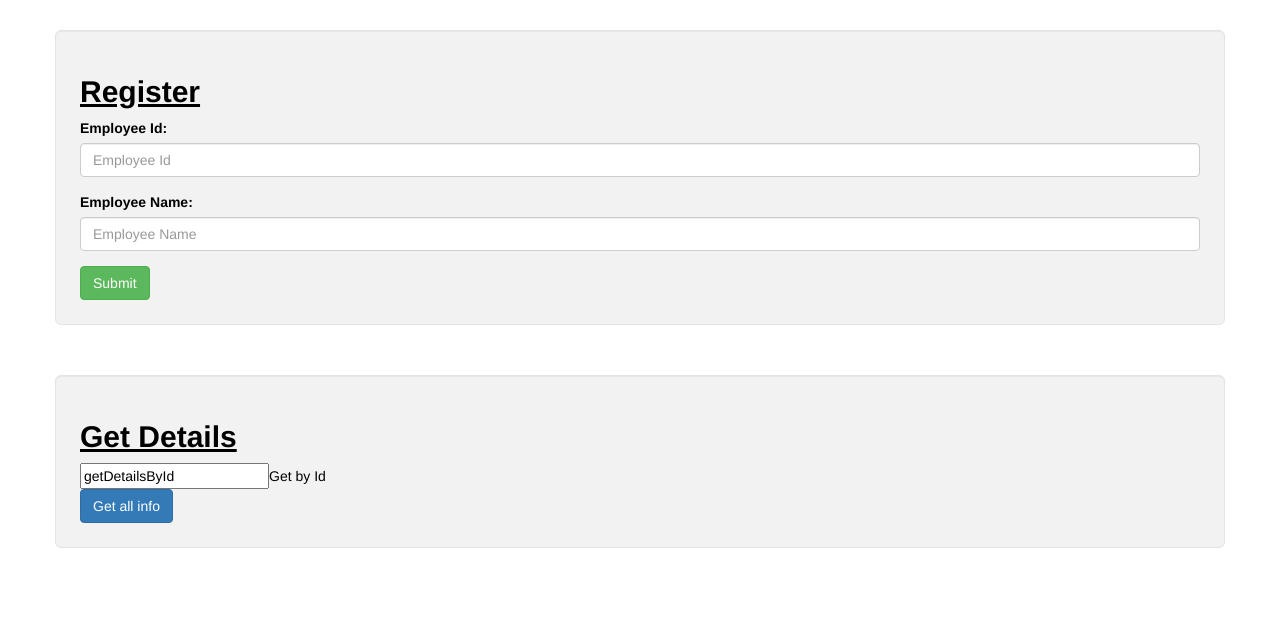
Repository: royakash07/FirstWebApplication
Page: http://localhost/SampleWebApplication/EmployeeProtal.jsp
The author's editor kept a copy of each file at every save. The page is drawn from the files as they stood at one save, then again after the next save.
The browser window is 1280 px wide. The pictures show the whole page.
Some web libraries are served in a nearby version. The page is served by Tomcat 9. Nobody is signed in. The application's start-up code is not run. Other server files are loaded and not shown.

Above is the page before, as saved 2017-11-30 05:16:08.

### SampleWebApplication/WebContent/EmployeeProtal.jsp
<%@ page language="java" contentType="text/html; charset=ISO-8859-1"
    pageEncoding="ISO-8859-1"%>
<!DOCTYPE html PUBLIC "-//W3C//DTD HTML 4.01 Transitional//EN" "http://www.w3.org/TR/html4/loose.dtd">
<html>
<head>
<meta http-equiv="Content-Type" content="text/html; charset=ISO-8859-1">
<title>Portal</title>
  <meta charset="utf-8">
  <meta name="viewport" content="width=device-width, initial-scale=1">
  <link rel="stylesheet" href="https://maxcdn.bootstrapcdn.com/bootstrap/3.3.7/css/bootstrap.min.css">
  <script src="https://ajax.googleapis.com/ajax/libs/jquery/3.2.1/jquery.min.js"></script>
  <script src="https://maxcdn.bootstrapcdn.com/bootstrap/3.3.7/js/bootstrap.min.js"></script>
<style>
.well
{
color:black;
background-color:#F2F2F2;
}

</style>
</head>
<body>
<div style="padding: 30px">
<div class="container well well-lg" >
<h2><strong><u>Register</u></strong></h2>
<form action="Submit" method="post">
<div class="form-group">
  <label for="EmployeeId">Employee Id:</label>
  <input type="text" class="form-control" name="EmployeeId" placeholder="Employee Id" >
  </div>
  <div class="form-group">
  <label for="Name">Employee Name:</label>
  <input type="text" class="form-control" name="Name" placeholder="Employee Name">
  </div>
  <input type="submit"class="btn btn-success" value="Submit">
</form>
</div>
</div>
<div class="container well well-lg">
<h2><strong><u>Get Details</u></strong></h2>
<div class="input-group">
    <input type="text" placeholder="Employee Id" class="form-control>
	<button name="search"type="button" class="btn btn-primary" value="getDetailsById">Get by Id</button>
</div>
	<button type="button" class="btn btn-primary" value="getAllDetails">Get all info</button>
</div>
</body>
</html>

After the next save:
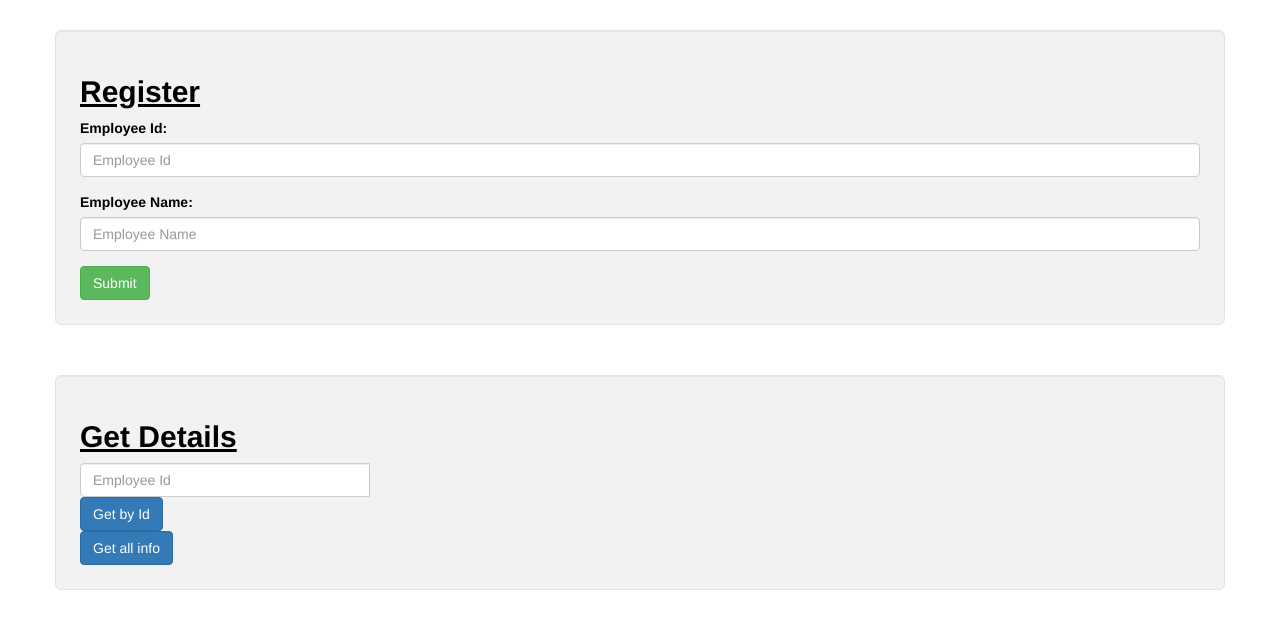
Saved 5 s later.
--- a/SampleWebApplication/WebContent/EmployeeProtal.jsp
+++ b/SampleWebApplication/WebContent/EmployeeProtal.jsp
@@ -39,7 +39,7 @@ background-color:#F2F2F2;
 <div class="container well well-lg">
 <h2><strong><u>Get Details</u></strong></h2>
 <div class="input-group">
-    <input type="text" placeholder="Employee Id" class="form-control>
+    <input type="text" placeholder="Employee Id" class="form-control">
 	<button name="search"type="button" class="btn btn-primary" value="getDetailsById">Get by Id</button>
 </div>
 	<button type="button" class="btn btn-primary" value="getAllDetails">Get all info</button>
